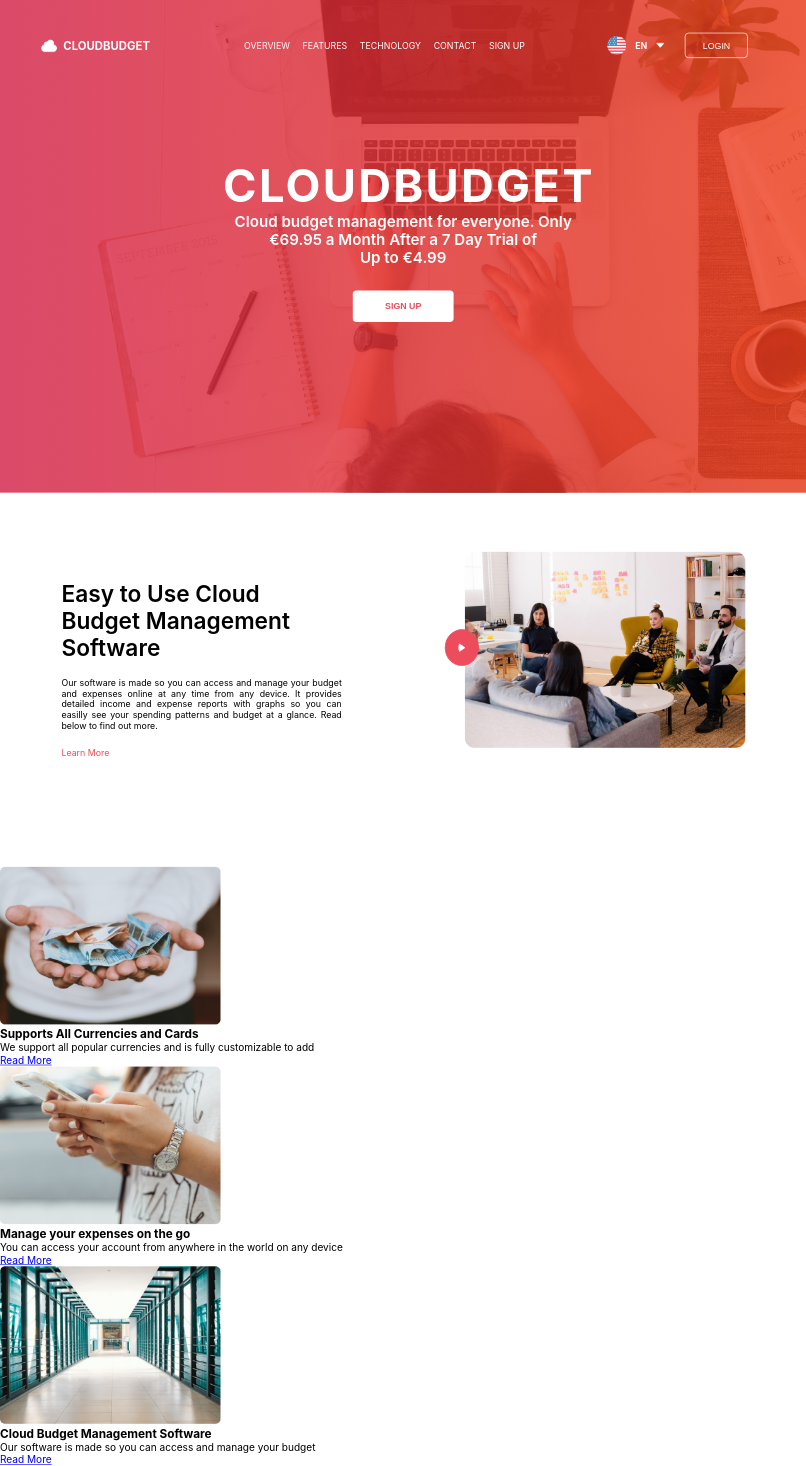
Repository: Ola-22/cloudBudget
Page: /
The author's editor kept a copy of each file at every save. The page is drawn from the files as they stood at one save, then again after the next save.
The browser window is 1280 px wide. The pictures show the whole page, at 63% of full size.
The project was rebuilt for these pictures with package versions that can differ from the ones it lists, and the page was loaded fresh each time. Also part of the build but not shown: src/Components/Features/FeaturesCard/style.scss.

Above is the page before, as saved 2021-09-13 12:35:00.

### src/App.js
import "./App.css";
import {
  Navbar,
  MainContent,
  VideoSection,
  Features,
} from "./components/component-path";

function App() {
  return (
    <div className="App">
      <div
        className="app-main"
        style={{
          backgroundImage:
            "linear-gradient(90deg, rgba(213, 32, 71, 0.8) 0%, rgba(238, 61, 27, 0.8) 100%),url(/images/bg.png)",
          height: "782px",
        }}
      >
        <Navbar />
        <MainContent />
      </div>
      <VideoSection />
      <Features />
    </div>
  );
}

export default App;

### src/App.css
*{
  margin: 0;
  padding: 0;
  box-sizing: border-box;
}

.app-main{
  /* height: 782px; */
  background-position: center;
  background-repeat: no-repeat;
  background-size: cover;
  position: relative;
}

### src/Components/component-path.js
export { default as Navbar } from "./Navbar";
export { default as MainContent } from "./MainContent";
export { default as VideoSection } from "./VideoSection";
export { default as Features } from "./Features";

### src/Components/Navbar/index.jsx
import "./style.scss";
import { Link, BrowserRouter as Router } from "react-router-dom";

function Navbar() {
  return (
    <div className="nav-main">
      <div className="nav-box">
        <img src="/images/Vector.png" alt="" />
        <h3>CLOUDBUDGET</h3>
      </div>
      <Router>
        <nav>
          <Link to="/">overview</Link>
          <Link to="/">features</Link>
          <Link to="/">technology</Link>
          <Link to="/">contact</Link>
          <Link to="/">sign up</Link>
        </nav>
      </Router>
      <div style={{ display: "flex", cursor: "pointer" }}>
        <div className="flag-box">
          <img src="/images/flag.png" alt="" />
          <h4>EN</h4>
          <img src="/images/vector2.png" alt="" />
        </div>
        <button>Login</button>
      </div>
    </div>
  );
}

export default Navbar;

### src/Components/MainContent/index.jsx
import "./style.css";

export default function MainContent() {
  return (
    <div className="main-content">
      <h1>CloudBudget</h1>
      <p>
        Cloud budget management for everyone. Only €69.95 a Month After a 7 Day
        Trial of
        <br /> Up to €4.99
      </p>
      <button>sign up</button>
    </div>
  );
}

### src/Components/VideoSection/index.jsx
import "./style.scss";

export default function VideoSection() {
  return (
    <div className="videoMain">
      <div className="video-content">
        <h2>Easy to Use Cloud Budget Management Software</h2>
        <p>
          Our software is made so you can access and manage your budget and
          expenses online at any time from any device. It provides detailed
          income and expense reports with graphs so you can easilly see your
          spending patterns and budget at a glance. Read below to find out more.
        </p>
        <a href="#">Learn More</a>
      </div>
      <div>
        <img src="/images/play.png" alt="" />
        <img src="/images/Video_bg.png" alt="" />
      </div>
    </div>
  );
}

### src/Components/Features/index.jsx
import FeaturesCard from "./FeaturesCard";

export default function Features() {
  return (
    <div>
      <FeaturesCard
        src="/images/features1.png"
        title="Supports All Currencies and Cards"
        paragraph="We support all popular currencies and is fully customizable to add"
        readmore="Read More"
      />
      <FeaturesCard
        src="/images/features2.png"
        title="Manage your expenses on the go"
        paragraph="You can access your account from anywhere in the world on any device"
        readmore="Read More"
      />
      <FeaturesCard
        src="/images/features3.png"
        title="Cloud Budget Management Software"
        paragraph="Our software is made so you can access and manage your budget"
        readmore="Read More"
      />
    </div>
  );
}

### src/Components/Navbar/style.scss
@import "../../styles/variables.scss";

.nav-main{
  display: flex;
  align-items: center;
  justify-content: space-around;
  padding-top: 52px;
  & >nav{
    display: flex;
    & >a {
      margin-left: 20px;
      text-transform: uppercase;
      color: $whiteColor;
      font-size: 14px;
      text-decoration: none;
    }
  }

  & button{
    width: 100px;
    height: 40px;
    background-color: transparent;
    border-radius: 6px;
    border: 1px solid $whiteColor;
    font-size: 14px;
    text-transform: uppercase;
    color: $whiteColor;
    margin-inline-start: 28.81px;
    margin-inline-end: 28px;
  }
}

.nav-box{
  display: flex;
  // margin-left: 5%;
  & > h3{
    font-size: 18px;
    margin-left: 9.9px;
    color: white;
  }
}

.flag-box{
  display: flex;
  align-items: center;
  width: 96px;
  & > h4{
    font-size: 14px;
    color: $whiteColor;
    margin-inline-start: 13.81px;
    margin-inline-end: 13.81px;
  }
}

### src/Components/MainContent/style.css
.main-content {
  display: -webkit-box;
  display: -ms-flexbox;
  display: flex;
  -webkit-box-align: center;
      -ms-flex-align: center;
          align-items: center;
  -webkit-box-orient: vertical;
  -webkit-box-direction: normal;
      -ms-flex-direction: column;
          flex-direction: column;
  color: #ffffff;
  margin-top: 158px;
}

.main-content > h1 {
  font-size: 72px;
  text-transform: uppercase;
  margin-left: 18px;
  letter-spacing: 0.05em;
}

.main-content > p {
  font-size: 24px;
  width: 540px;
  height: 124px;
  font-weight: 600;
  overflow-wrap: break-word;
  text-align: center;
  margin: 0;
}

.main-content > button {
  background-color: #ffffff;
  border-radius: 6px;
  width: 160px;
  height: 50px;
  font-size: 14px;
  text-transform: uppercase;
  color: #ED4C5C;
  border: none;
  font-weight: 600;
  cursor: pointer;
}
/*# sourceMappingURL=style.css.map */

### src/Components/VideoSection/style.scss
@import "../../styles/variables.scss";

.videoMain{
  display: flex;
  justify-content: space-around;
  margin-top: 94px;
  height: 500px;

  & > div:last-of-type{
    position: relative;
    & img:first-of-type{
      border: 1px solid $btnColor;
      background-color: $btnColor;
      border-radius: 50%;
      padding: 20px;
      // width: 18px;
      position: absolute;
      margin-top: 123px;
      left: -32px;
    }
  }
}

.video-content{
  width: 445px;
  & > h2{
    font-size: 36px;
    line-height: 43px;
    margin-top: 46px;
    font-weight: 600;
  }
  & > p{
    font-size: 14px;
    text-align: justify;
    margin: 24px 0;
  }
  & > a{
    color: $btnColor;
    font-size: 14px;
    text-decoration: none;
  }
}

### src/Components/Features/FeaturesCard/index.js
import "./style.scss";

export default function FeaturesCard({ src, title, paragraph, readmore }) {
  return (
    <div className="features-card">
      <img src={src} alt="" />
      <div>
        <h3>{title}</h3>
        <p>{paragraph}</p>
        <a href="#">{readmore}</a>
      </div>
    </div>
  );
}

### src/styles/variables.scss
$whiteColor: #ffffff;
$blackColor: #000000;
$orangeColor: #EE3D1B;
$pinkColor: #D52047;
$btnColor: #ED4C5C;

Loaded but not shown: public/index.html (common file); src/index.js (common file); src/index.css (common file); src/reportWebVitals.js (common file)

After the next save:
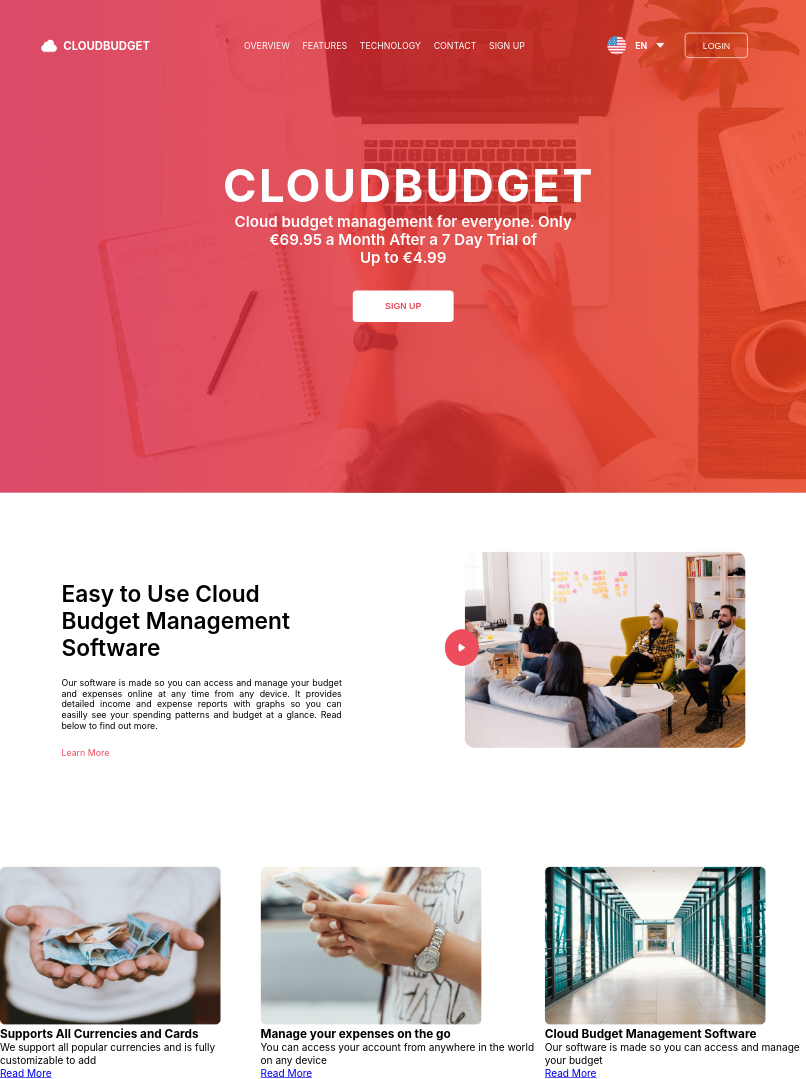
Saved 36 s later.
--- a/src/Components/Features/index.jsx
+++ b/src/Components/Features/index.jsx
@@ -2,7 +2,7 @@ import FeaturesCard from "./FeaturesCard";
 
 export default function Features() {
   return (
-    <div>
+    <div style={{ display: "flex" }}>
       <FeaturesCard
         src="/images/features1.png"
         title="Supports All Currencies and Cards"
